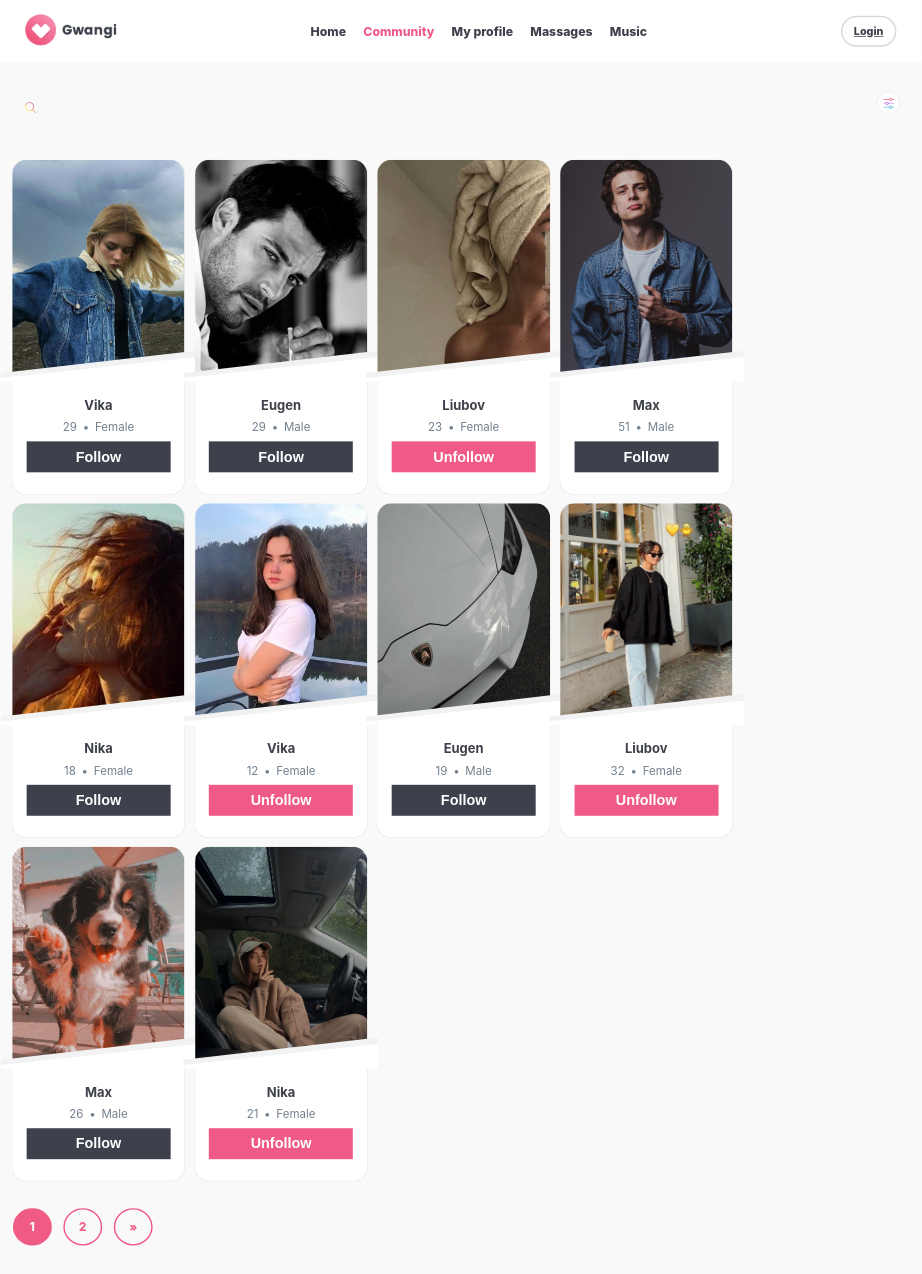
Repository: ShokunLiubov/Soc-Network-React
Page: /community
These files come from the project's save history. The page is drawn as it stood at one moment and after the next save; the edit follows.
The browser window is 1280 px wide. The pictures show the whole page, at 72% of full size.
The project was rebuilt for these pictures with package versions that can differ from the ones it lists, and the page was loaded fresh each time. Requests to the local data server were answered from the project's data file. Also part of the build but not shown: src/components/Dialogs/Dialogs.module.css, src/components/Dialogs/DialogItem/DialogItem.jsx, src/components/Dialogs/Massage/Massage.jsx, src/components/Dialogs/Dialogs.jsx, src/components/Home/Home.jsx, src/components/Music/Music.jsx, src/components/Profile/Profile_body/MyPosts/MyPosts.module.css, src/components/Profile/Profile_body/MyPosts/Post/Post.jsx and 7 more.

Above is the page before, as saved 2022-08-24 16:41:52.

### src/index.js
import reportWebVitals from './reportWebVitals';
import store from './redux/redux-store';
import React from 'react';
import ReactDOM from 'react-dom/client';
import './index.css';
import App from './App';
import { BrowserRouter } from 'react-router-dom';
import { Provider } from 'react-redux'

const root = ReactDOM.createRoot(document.getElementById('root'));

  root.render(

      <BrowserRouter>
        <Provider store={store}>
          <App />
        </Provider>
      </BrowserRouter>


  );


// If you want to start measuring performance in your app, pass a function
// to log results (for example: reportWebVitals(console.log))
// or send to an analytics endpoint. Learn more: https://bit.ly/CRA-vitals
reportWebVitals();

### src/redux/redux-store.js
import {combineReducers, legacy_createStore as createStore} from "redux"
import dialogsReducer from "./dialogs-reducer"
import profileReducer from "./profile-reducer"
import communityReducer from "./community-reducer"
import authReducer from "./auth-reducer"

let reducers = combineReducers({
    profilePage : profileReducer,
    dialogsPage : dialogsReducer,
    communityPage : communityReducer,
    auth: authReducer
})

let store = createStore(reducers)

export default store;

### src/App.js
import React from 'react';
import { Routes, Route } from "react-router-dom";
import './App.css';
import CommunityContainer from './components/Community/CommunityContainer';
import DialogsContainer from './components/Dialogs/DialogsContainer';
import Home from './components/Home/Home';
import Music from './components/Music/Music';
import Navbar from './components/Navbar/Navbar';
import ProfileContainer from './components/Profile/ProfileContainer';

function App(props) {
  return (

    <div className='app-wrapper'>
      <Navbar />
      <Routes>
        <Route path='/home/*' element={<Home />} />

        <Route path='/community/*' element={<CommunityContainer />} />

        <Route path='/profile/:id' element={<ProfileContainer />} />
        <Route path='/profile/*' element={<ProfileContainer />} />

        <Route path='/dialogs/*' element={<DialogsContainer />} />

        <Route path='/music/*' element={<Music />} />

      </Routes>

    </div>

  );
}

export default App;

### src/redux/dialogs-reducer.js
const SAND_MASSAGE = 'SAND-MASSAGE'
const UPDATE_NEW_MASSAGE_TEXT = 'UPDATE-NEW-MASSAGE-TEXT'

let initialState = {
    dialogsData: [
        { id: 1, name: 'Vika', ava: './../images/ava-w1.jpeg' },
        { id: 2, name: 'Eugen', ava: './../images/ava-m2.png' },
        { id: 3, name: 'Liubov', ava: './../images/ava-w3.jpeg' },
        { id: 4, name: 'Max', ava: './../images/ava-m1.jpeg' },
        { id: 5, name: 'Nika', ava: './../images/ava-w2.webp' }
    ],
    massagesData: [
        { id: 1, massage: 'Hi' },
        { id: 2, massage: 'How are you?' },
        { id: 3, massage: 'I am okey!' }
    ],
    newMassageText: ''
}

const dialogsReducer = (state = initialState, action) => {

    switch (action.type) {
        case SAND_MASSAGE:
            let text = state.newMassageText
            return {
                ...state,
                newMassageText: '',
                massagesData: [...state.massagesData, {id: Date.now(),massage: text}]
            }

        case UPDATE_NEW_MASSAGE_TEXT:
            return {
                ...state,
                newMassageText: action.newText
            }

        default:
            return state
    }

}

export const sandMassage = () => ({ type: SAND_MASSAGE })

export const onMassageChange = (text) =>
    ({ type: UPDATE_NEW_MASSAGE_TEXT, newText: text })

export default dialogsReducer;

### src/redux/auth-reducer.js
const SET_USER_DATA = 'SET-USER-DATA'
// const UN_FOLLOW = 'UN-FOLLOW'

let initialState = {
    userId: undefined,
    email: undefined,
    login: undefined,
    isFetching: false
}
const authReducer = (state = initialState, action) => {
    switch (action.type) {
        case SET_USER_DATA:
            return {
                ...state,
                ...action.data
            }
        // case TOGGLE_IS_FETCHING:
        //     return {
        //         ...state,
        //         isFetching: action.isFetching
        //     }
        default:
            return state
    }
}

export const setUserData = (userId, email, login) => ({ type: SET_USER_DATA, data: {userId, email, login} })

// export const toggleFetching = (isFetching) => ({ type: TOGGLE_IS_FETCHING, isFetching })

export default authReducer;

### src/components/Community/CommunityContainer.jsx
import React from 'react';
import { connect } from 'react-redux'
import { follow, setUsers, unFollow, setPage, setUsersTotalCount, toggleFetching } from '../../redux/community-reducer';
import axios from 'axios';
import Community from './Community';
import Preloader from '../common/Preloader/Preloader';

class CommunityContainer extends React.Component {

    componentDidMount() {
        this.props.toggleFetching(true)
        axios.get(`http://localhost:3001/users?_page=${this.props.currentPage}&_limit=${this.props.pageSize}`)
            .then(response => {
                // console.log(response);
                this.props.toggleFetching(false)
                this.props.setUsers(response.data)
                this.props.setUsersTotalCount(20)

            })

    }

    onPageClick = (page) => {

        this.props.setPage(page)
        this.props.toggleFetching(true)
        axios.get(`http://localhost:3001/users?_page=${page}&_limit=${this.props.pageSize}`)
            .then(response => {
                this.props.toggleFetching(false)
                this.props.setUsers(response.data)
            })
    }

    render() {

        return (
            <>
                {this.props.isFetching ? <Preloader /> : null}
                <Community userData={this.props.userData}
                    follow={this.props.follow}
                    unFollow={this.props.unFollow}
                    totalUsersCount={this.props.totalUsersCount}
                    pageSize={this.props.pageSize}
                    currentPage={this.props.currentPage}
                    onPageClick={this.onPageClick}
                    isFetching={this.props.isFetching}
                />
            </>
        )
    }
}


let mapStateToProps = (state) => {
    return {
        userData: state.communityPage.userData,
        pageSize: state.communityPage.pageSize,
        totalUsersCount: state.communityPage.totalUsersCount,
        currentPage: state.communityPage.currentPage,
        isFetching: state.communityPage.isFetching
    }
}

export default connect(mapStateToProps,
    { follow, unFollow, setUsers, setPage, setUsersTotalCount, toggleFetching })(CommunityContainer)

### src/components/Dialogs/DialogsContainer.jsx
import React from 'react';
import { sandMassage, onMassageChange } from '../../redux/dialogs-reducer';
import Dialogs from './Dialogs';
import { connect } from 'react-redux'


let mapStateToProps = (state) => {
    return {
        dialogsData: state.dialogsPage.dialogsData,
        massagesData: state.dialogsPage.massagesData,
        newMassageText: state.dialogsPage.newMassageText
    }
}

const DialogsContainer = connect(mapStateToProps, { sandMassage, onMassageChange })(Dialogs)

export default DialogsContainer;

### src/components/Navbar/Navbar.jsx
import React from 'react';
import { NavLink } from 'react-router-dom';
import styles from './Navbar.module.css'

const Navbar = () => {
    return (
        <div className={styles.navbar}>
            <div className={styles.logo}><img src='./../images/logotype.png' /></div>
            <nav className={styles.menu}>
                <div className={styles.item}>
                <NavLink to='/home' className = { navData => navData.isActive ? styles.active : styles.item }>Home</NavLink>
                </div>
                <div className={styles.item}>
                <NavLink to='/community' className = { navData => navData.isActive ? styles.active : styles.item }>Community</NavLink>
                </div>
                <div className={styles.item}>
                <NavLink to='/profile'  className = { navData => navData.isActive ? styles.active : styles.item }>My profile</NavLink>
                </div>
                <div to='/dialogs' className={styles.item}>
                <NavLink to='/dialogs' className = { navData => navData.isActive ? styles.active : styles.item }>Massages</NavLink>
                </div>
                <div className={styles.item}>
                <NavLink to='/music' className = { navData => navData.isActive ? styles.active : styles.item }>Music</NavLink>
                </div>
            </nav>
            <NavLink className='button'>Login</NavLink>
        </div>
    )
}

export default Navbar;

### src/components/Community/Community.jsx
import React from 'react';
import Paginator from '../common/Paginator/Paginator';
import styles from './Community.module.css'
import Friend from './Friend/Friend';

const Community = (props) => {

    let usersElement = props.userData.map(
        user =>
            <Friend followed={user.followed} ava={user.ava} name={user.name}
                key={user.id} id={user.id} age={user.age} gender={user.gender}
                follow={props.follow} unFollow={props.unFollow} />
    )

    return (
        <div className={styles.container}>
            <div className={styles.topPanel}>
                <div className={styles.search}>
                    <span className={styles.searchButton}><img src="./../images/search.png" alt="" /></span>
                    <input className={styles.searchInput} />
                </div>

                {/* <button onClick={getUsers}>Get user</button> */}

                <span className={styles.filter}><img src="./../images/filter-icon.png" alt="" /></span>
            </div>

            <div className={styles.friends}>

                {usersElement}
            </div>

            <Paginator
            currentPage={props.currentPage}
            onPageChange={props.onPageClick}
            totalUsersCount={props.totalUsersCount}
            pageSize={props.pageSize}/>
        </div>
    )
}

export default Community;

### src/components/common/Preloader/Preloader.jsx
import React from 'react';

const Preloader = () => {
    return (
        <div style={{ justifyContent: "center", display: "flex", margin: "40px" }}>
            <img src='./../images/loading.gif' />
        </div>
    )
}

export default Preloader;

### src/components/Navbar/Navbar.module.css
.navbar {
    display: flex;
    justify-content: space-between;
    align-items: center;
    padding: 20px 35px;
    background-color: #ffffff;
}

.logo {
    cursor: pointer;
}

.menu {
    display: flex;
}

.item a {
    margin: 0 12px;
    font-size: 17px;
    color: #3e404a;
    font-weight: 800;
    cursor: pointer;
    text-decoration: none;
}

.item a.active {
    color: #ef5b86;
}

.login {
    background-color: #ffffff;
    border: 2px solid #d8d9db;
    border-radius: 30px;
    padding: 10px 16px;
    font-size: 15px;
    color: #3e404a;
    font-weight: 800;
    cursor: pointer;
}

### src/components/common/Paginator/Paginator.jsx
import React from 'react';
import styles from './Paginator.module.css'

const Paginator = (props) => {

    let pagesCount = Math.ceil(props.totalUsersCount / props.pageSize)

    let currentPage = props.currentPage
    let prevPage = currentPage - 1
    let nextPage = currentPage + 1
    let threePage = currentPage + 2
    let lastPage = pagesCount
    let firstPage = 1

    let changeCurrentHandler = (page) => {
        props.onPageChange(page)
    }
    let HTMLLast
    if (lastPage != currentPage && lastPage != currentPage + 1 && lastPage != currentPage + 2) {
        HTMLLast = <span className={`${styles.selectedPage}
        ${currentPage === lastPage ? styles.selectedPageActive : ''}`}
            onClick={(e) => {
                changeCurrentHandler(lastPage)
            }}>{lastPage}</span>
    }

    let HTMLFirst
    if (firstPage != currentPage && firstPage != currentPage - 1) {
        HTMLFirst = <span className={`${styles.selectedPage} ${currentPage === firstPage ? styles.selectedPageActive : ''}`}
            onClick={(e) => { changeCurrentHandler(firstPage) }}>{firstPage}</span>
    }

    let HTMLThree
    if (currentPage < 2 && lastPage > 2) {
        HTMLThree = <span className={`${styles.selectedPage}
        ${currentPage === lastPage ? styles.prevNone : ''}
        `}
            onClick={(e) => {
                changeCurrentHandler(threePage)
            }}>{threePage}</span>
    }




    return (
        <nav>
            {pagesCount > 1 &&
                <div className={styles.pageNavbar}>

                    {/* prev button */}
                    <span className={`${styles.navigationButton} ${currentPage === 1 ? styles.navigationPreventNone : ''}`}
                        onClick={(e) => {
                            changeCurrentHandler(prevPage)
                        }}>&laquo;</span>
                    {/* prev button */}

                    {/* first button */}
                    {HTMLFirst}
                    {/* first button */}

                    {/* block buttons */}
                    <span className={`${styles.selectedPage}
                ${currentPage === 1 ? styles.prevNone : ''}
                `}
                        onClick={(e) => {
                            changeCurrentHandler(prevPage)
                        }}>{prevPage}</span>

                    <span className={`${styles.selectedPage} ${styles.selectedPageActive} `}
                        onClick={(e) => { changeCurrentHandler(currentPage) }}>{currentPage}</span>

                    <span className={`${styles.selectedPage}
                ${currentPage === lastPage ? styles.prevNone : ''}
                `}
                        onClick={(e) => {
                            changeCurrentHandler(nextPage)
                        }}>{nextPage}</span>

                    {/* three button */}
                    {HTMLThree}
                    {/* {currentPage < 2 &&
                        <span className={`${styles.selectedPage}
                ${currentPage === lastPage ? styles.prevNone : ''}
                `}
                            onClick={(e) => {
                                changeCurrentHandler(threePage)
                            }}>{threePage}</span>} */}
                    {/* three button */}

                    {/* block buttons */}

                    {/* last button */}
                    {HTMLLast}
                    {/* last button */}

                    {/* next button */}
                    <span className={`${styles.navigationButton} ${currentPage === lastPage ? styles.navigationPreventNone : ''}`} onClick={(e) => {
                        changeCurrentHandler(nextPage)
                    }}>&raquo;</span>
                    {/* next button */}
                </div>}
        </nav>
    )
}

export default Paginator;

### src/components/Community/Community.module.css
.container {
    margin: 40px 10px;
}

.topPanel {
    display: flex;
    justify-content: space-between;
    margin-bottom: 40px;
}
/*  */
.search {
    display: flex;
    flex-direction: row;
    align-items: center;
    margin-left: 10px;
}

.search:hover {
border-bottom: 2px solid #f2f2f2;
}



.searchButton img {
    width: 25px;
    padding: 10px;
}

.searchInput {
    height: 20px;
    width: 200px;
    color: #72807B;
    font-weight: 800;
    font-size: 15px;
    background-color: #f9f9f9;
    border: none;
    outline:none;
}

.filter {
    border-radius: 50%;
    border: 1px solid #e8e8e9;
    max-width: 30px;
    max-height: 30px;
    display: flex;
    justify-content: center;
    text-align: center;
    align-items: center;
    background-color: #ffffff;
    margin-right: 20px;
}

.filter img{
    width: 15px;
    padding: 10px;
}


/*  */

.friends {
    display: flex;
    flex-wrap: wrap;
}

.friend {
    max-width: 19%;
    flex: 0 0 19%;
    margin: 6.1px;
    border: 1px solid #e8e8e9;
    background-color: #ffffff;
    border-top: none;
    border-radius: 20px;
    transition: all 0.5s ease-out;
}

.avatar {
    display: flex;
    flex-direction: column;
    justify-content: center;
    align-items: center;
    cursor: pointer;
    position: relative;
}

.decorationGrey {
    position: absolute;
    bottom: 25px;
    width: 0;
	height: 0;
    border-top: 31px solid transparent;
	border-right: 270px solid #f2f2f2;
	border-bottom: 9px solid #f2f2f2;
    transition: all 0.5s ease-out;
}

.decorationWhite {
    position: absolute;
    bottom: 22px;
    width: 0;
	height: 0;
	border-top: 29px solid transparent;
	border-right: 270px solid #feffff;
	border-bottom: 5px solid #feffff;
    transition: all 0.5s ease-out;
}

.friend:hover
.decorationGrey {
    border-top: 50px solid transparent;
    transition: all 0.5s ease-out;
    border-bottom: 20px solid #f2f2f2;
}

.friend:hover {
    transform: translateY(-5px);
    transition: all 0.5s ease-out;
}

.friend:hover
.decorationWhite {
    bottom: 15px;
    transition: all 0.5s ease-out;
    transform: rotate(1deg);
    border-top: 14px solid transparent;
    border-bottom: 37px solid #feffff;
}

.communityAva {
    width: 100%;
    height: 300px;
    border-radius: 20px 20px 0 0;
    object-fit: cover;
    margin-bottom: 30px;
}

.nickname {
    width: 100%;
    height: 100%;
    display: contents;
    color: #3e404a;
    font-size: 18px;
    font-weight: 700;
}

.personInfo {
    display: flex;
    margin: 0px 0px 10px;
    flex-direction: column;
    justify-content: center;
    text-align: center;
    align-items: center;
    width: 100%;
    color: #72808e;
}

.hang {
    display: flex;
    flex-direction: row;
    margin: 10px 0;
}

.age {
    margin-right: 8px;
}

.gender {
    margin-left: 8px;
}

.follow,
.unFollow {
    display: flex;
    justify-content: center;
    z-index: 20;
    margin-bottom: 10px;
}

.follow button {
    background-color: #3e404b;
}

.unFollow button,
.follow button:hover{
    background-color: #ef5b86;
}

.follow button,
.unFollow button {
    color: #ffff;
    font-size: 20px;
    font-weight: 800;
    cursor: pointer;
    padding: 10px 0;
    width: 200px;
    display: flex;
    justify-content: center;
}

### src/components/Community/Friend/Friend.jsx
import React from 'react';
import { NavLink } from 'react-router-dom';
import styles from './../Community.module.css'

const Friend = (props) => {
    return (
        <div className={styles.friend}>

            <NavLink to={'/profile/' + props.id} className={styles.avatar}>
                    <img className={styles.communityAva} src={props.ava != null ? props.ava : './../images/ava-woman.png'} />
                    <div className={styles.decorationGrey}></div>
                    <div className={styles.decorationWhite}></div>
            </NavLink>
            <div className={styles.personInfo} >
                <div className={styles.nickname}>{props.name}</div>
                <div className={styles.hang}>
                <div className={styles.age}>{props.age}</div>
                <div>•</div>
                <div className={styles.gender}>{props.gender}</div>
                </div>

                {props.followed
                    ? <div className={styles.unFollow}>
                        <button onClick={() => { props.unFollow(props.id) }}>Unfollow</button>
                    </div>
                    : <div className={styles.follow}>
                        <button onClick={() => { props.follow(props.id) }}>Follow</button>
                    </div>}
            </div>

        </div>
    )
}

export default Friend;

### src/components/common/Paginator/Paginator.module.css
.pageNavbar {
    margin-top: 30px;
    display: flex;
    justify-content: start;
    text-align: center;
    align-items: center;
}

.selectedPage,
.navigationButton {
    margin: 0 8px;
    cursor: pointer;
    border: 2px solid #ef5b85;
    padding: 14px 5px;
    border-radius: 100%;
    min-width: 40px;
    color: #ef5b85;
    font-weight: 800;
}

.selectedPageActive,
.navigationButton:hover,
.selectedPage:hover {
    color: #ffff;
    background-color: #ef5b85;
}

.navigationPreventNone,
.prevNone,
.currentNone {
    display: none;
}

### src/components/Profile/Profile_body/MyPosts/Post/Post.module.css
.post {
    background-color: #ffffff;
    border: 1px solid #e8e8e9;
    border-radius: 10px;
    margin: 50px 0;
    position: relative;
    width: 70%;
    min-height: 100px;
}

.personInfo img {
    position: absolute;
    top: -20px;
    left: -20px;
    width: 80px;
    height: 80px;
    object-fit: cover;
    border-radius: 10px;
}

.personInfo {
    display: flex;
}

.postInfo {
    margin: 10px 80px;
}

.nickname {
    color: #3e404a;
    font-size: 18px;
    font-weight: 700;
}

.time {
    color: #9da6b0;
    font-size: 12px;
    font-weight: 600;
    margin-top: 5px;
}

.massage {
    color: #9ca6af;
    font-size: 15px;
    font-weight: 700;
    margin: 10px 80px;
}

.like {
    width: 100%;
    display: flex;
    justify-content: end;
}

button{
    background: none;
    border: none;
    display: flex;
    align-items: center;
    margin: 0 10px 10px;
}

.countLike {
    margin-left: 5px;
    color: #9da6b0;
    font-size: 12px;
    font-weight: 500;
}

Loaded but not shown: public/index.html (common file); src/reportWebVitals.js (common file); src/index.css (common file); src/App.css (common file); server/db.json (347 lines, source omitted); src/redux/community-reducer.js (81 lines, source omitted); src/redux/profile-reducer.js (57 lines, source omitted); src/components/Home/Home.module.css (no stored copy; drawn as an empty file); src/components/Music/Music.module.css (no stored copy; drawn as an empty file); src/components/Profile/Profile.module.css (no stored copy; drawn as an empty file)

After the next save:
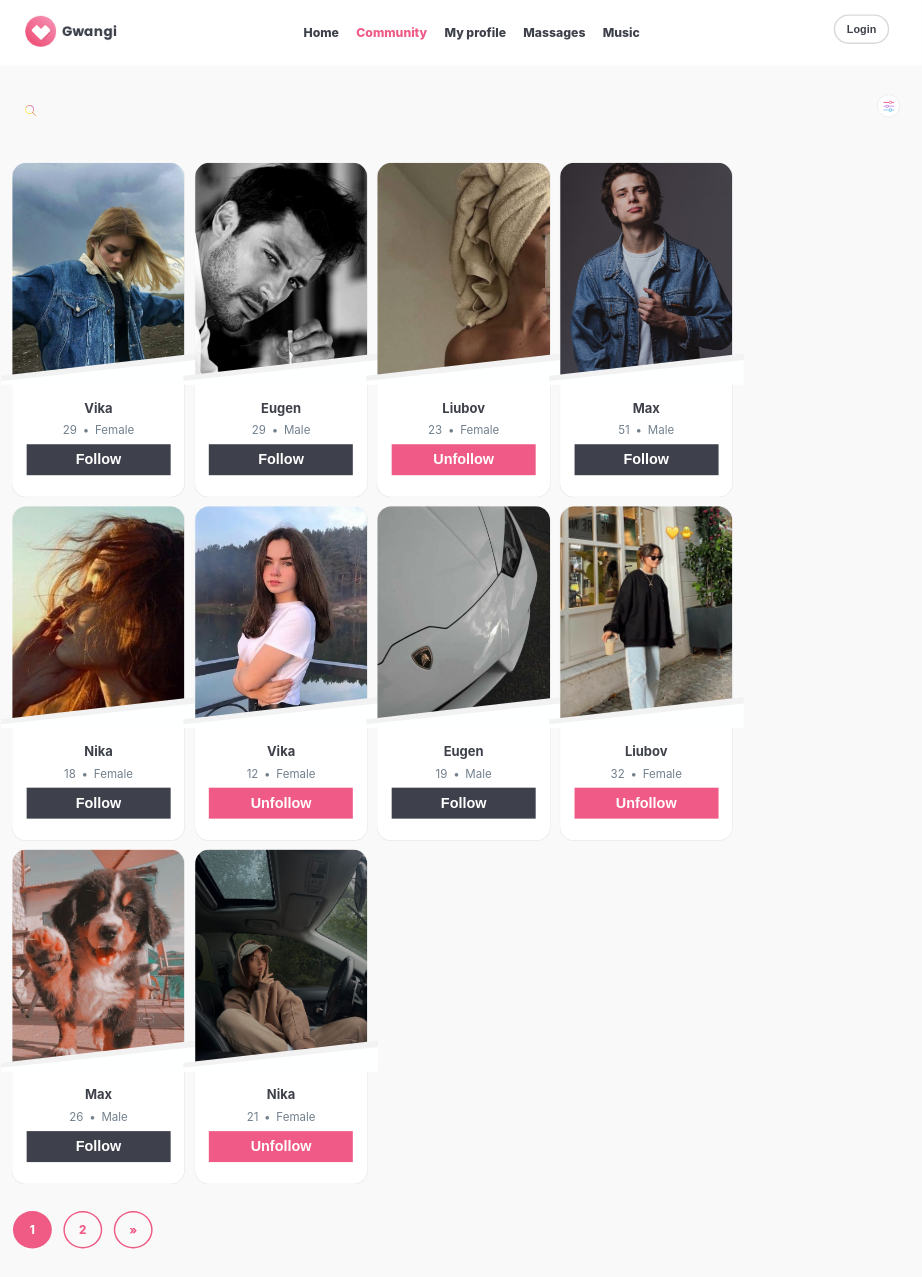
Saved 80 s later.
--- a/src/components/Navbar/Navbar.jsx
+++ b/src/components/Navbar/Navbar.jsx
@@ -23,7 +23,7 @@ const Navbar = () => {
                 <NavLink to='/music' className = { navData => navData.isActive ? styles.active : styles.item }>Music</NavLink>
                 </div>
             </nav>
-            <NavLink className='button'>Login</NavLink>
+            <button className='button'>Login</button>
         </div>
     )
 }
